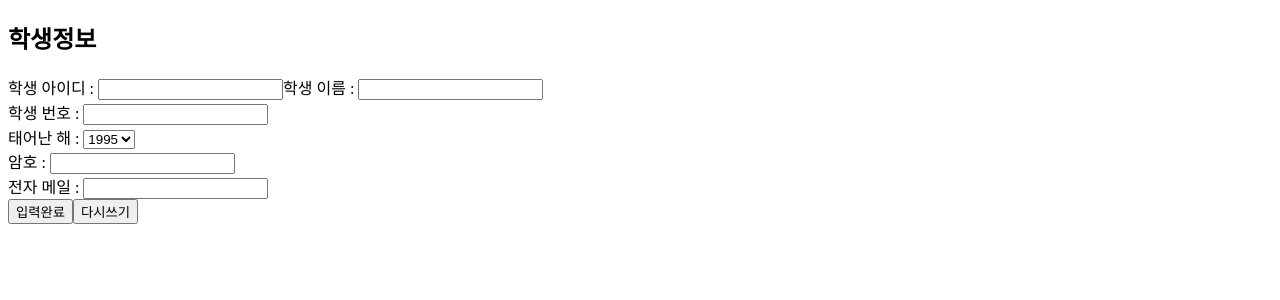
Repository: sunyeongan/Univ_lecture
Page: WebSever_2022/work/week12/week12/src/main/webapp/form2.html
The author's editor kept a copy of each file at every save. The page is drawn from the files as they stood at one save, then again after the next save.
The browser window is 1280 px wide. The pictures show the whole page.

Above is the page before, as saved 2022-05-17 02:13:13.

### WebSever_2022/work/week12/week12/src/main/webapp/form2.html
<!DOCTYPE html>
<html>
<head>
<meta http-equiv="Content-Type" content="text/html;charset=EUC-KR">
<title>학생 </title>
</head>
<body>
	<h2> 학생정보 </h2>
	<form method = post action = form.jsp>
	<table>
	<tr>학생 아이디 : <input type = text name = id ></tr>
	<tr>학생 이름  : <input type = text name = Sname><br></tr>
	학생 번호 : <input type = text name = call><br>
	태어난 해 : <select>
				<option>1995</option>
				<option>1996</option>
			</select><br>
	암호 : <input type = password name = pw><br>
	전자 메일 : <input type = "text" name = mail><br>
	<input type="submit" value = "입력완료">
	<input type="submit" value = "다시쓰기">
	</table>

	</form>


</body>
</html>

After the next save:
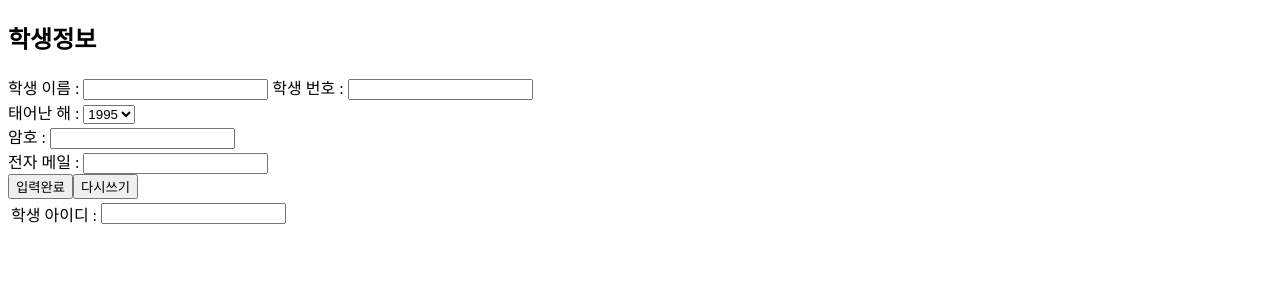
Saved 25 s later.
--- a/WebSever_2022/work/week12/week12/src/main/webapp/form2.html
+++ b/WebSever_2022/work/week12/week12/src/main/webapp/form2.html
@@ -8,8 +8,8 @@
 	<h2> 학생정보 </h2>
 	<form method = post action = form.jsp>
 	<table>
-	<tr>학생 아이디 : <input type = text name = id ></tr>
-	<tr>학생 이름  : <input type = text name = Sname><br></tr>
+	<tr><td>학생 아이디 : </td> <td><input type = text name = id ></td></tr>
+	<tr>학생 이름  : <input type = text name = Sname></tr>
 	학생 번호 : <input type = text name = call><br>
 	태어난 해 : <select>
 				<option>1995</option>
